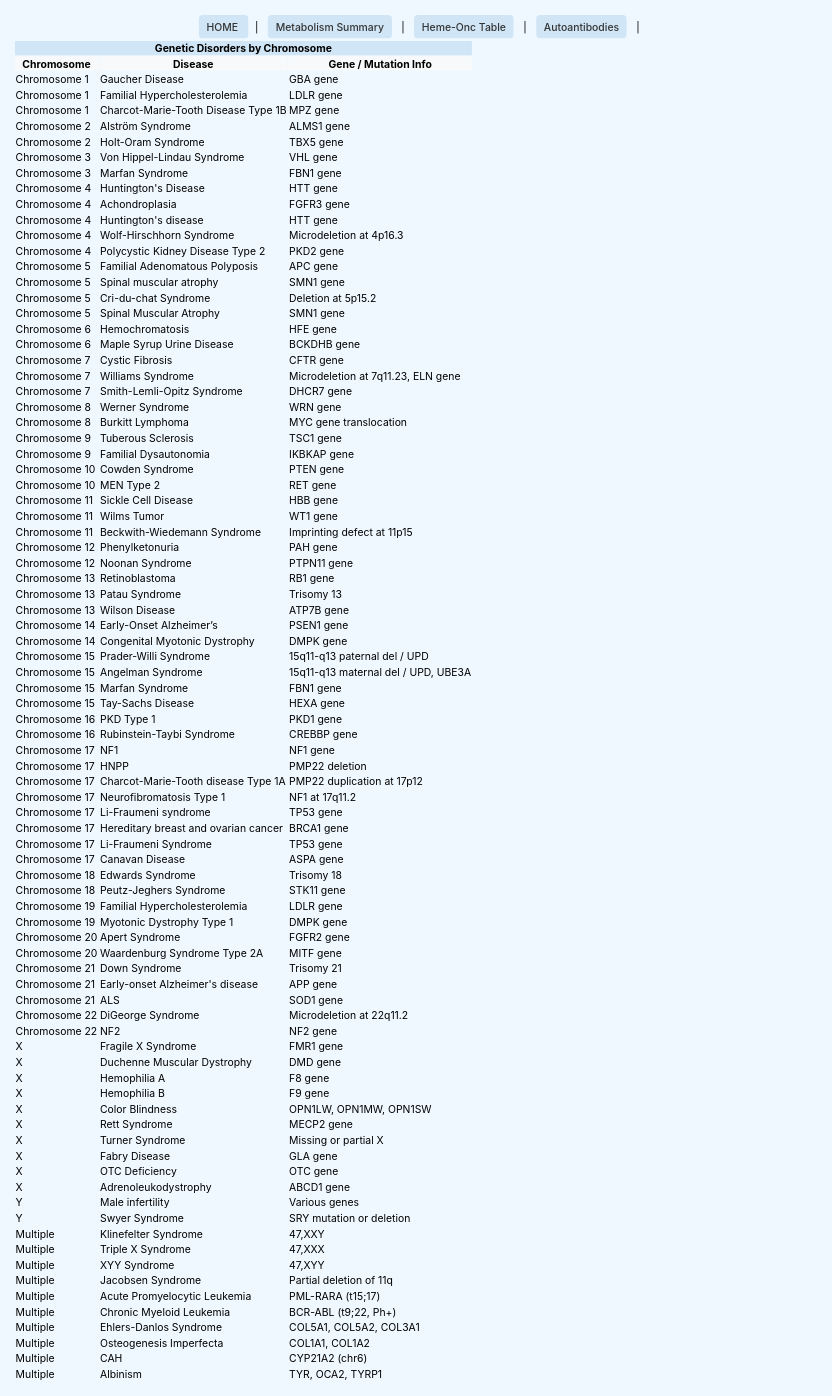
Repository: sharperdragon/STEVEL-1-Summaries
Page: subdex/chromosomes.html
The author's editor kept a copy of each file at every save. The page is drawn from the files as they stood at one save, then again after a run of saves.
The browser window is 1280 px wide. The pictures show the whole page, at 65% of full size.

Above is the page before, as saved 2025-05-19 13:51:56.

### subdex/chromosomes.html
<!DOCTYPE html>
<html lang="en">
<head>
    <meta charset="UTF-8">
    <meta name="viewport" content="width=device-width, initial-scale=1.0">
    <title>Summary tables</title>
    <link rel="stylesheet" href="/STEVEL-1-Summaries/static/style.css">
    <link rel="icon" href="/STEVEL-1-Summaries/subdex/metabolism.html">
</head>

<body>

<nav style="margin: 10px 0; text-align: center;">
  <a href="index.html" class="nav-link"> HOME </a>   |
  <a href="subdex/metabolism.html" class="nav-link">Metabolism Summary</a> |
  <a href="subdex/hemeonc.html" class="nav-link">Heme-Onc Table</a> |
  <a href="subdex/autoantibodies.html" class="nav-link">Autoantibodies</a> |
</nav>


<div class="table-container">
  <table class="chromosomes-table">
    <thead>
      <tr>
        <th colspan="3" style="text-align: center; background-color: #d0e5f5;">
          <strong>Genetic Disorders by Chromosome</strong>
        </th>
      </tr>
      <tr>
        <th style="background-color: #f7f9fa;">Chromosome</th>
        <th style="background-color: #f7f9fa;">Disease</th>
        <th style="background-color: #f7f9fa;">Gene / Mutation Info</th>
      </tr>
    </thead>
    <tbody>
      <tr><td>Chromosome 1</td><td>Gaucher Disease</td><td>GBA gene</td></tr>
      <tr><td>Chromosome 1</td><td>Familial Hypercholesterolemia</td><td>LDLR gene</td></tr>
    <tr style="border-bottom: 4px solid #6c8ca3;"><td>Chromosome 1</td><td>Charcot-Marie-Tooth Disease Type 1B</td><td>MPZ gene</td></tr>
      <tr><td>Chromosome 2</td><td>Alström Syndrome</td><td>ALMS1 gene</td></tr>
      <tr style="border-bottom: 4px solid #6c8ca3;"><td>Chromosome 2</td><td>Holt-Oram Syndrome</td><td>TBX5 gene</td></tr>
      <tr><td>Chromosome 3</td><td>Von Hippel-Lindau Syndrome</td><td>VHL gene</td></tr>
<tr style="border-bottom: 4px solid #6c8ca3;"><td>Chromosome 3</td><td>Marfan Syndrome</td><td>FBN1 gene</td></tr>
      <tr><td>Chromosome 4</td><td>Huntington's Disease</td><td>HTT gene</td></tr>
      <tr><td>Chromosome 4</td><td>Achondroplasia</td><td>FGFR3 gene</td></tr>
    <tr ><td>Chromosome 4</td><td>Huntington's disease</td><td>HTT gene</td></tr>
      <tr><td>Chromosome 4</td><td>Wolf-Hirschhorn Syndrome</td><td>Microdeletion at 4p16.3</td></tr>
<tr style="border-bottom: 4px solid #6c8ca3;"><td>Chromosome 4</td><td>Polycystic Kidney Disease Type 2</td><td>PKD2 gene</td></tr>
      <tr><td>Chromosome 5</td><td>Familial Adenomatous Polyposis</td><td>APC gene</td></tr>
      <tr><td>Chromosome 5</td><td>Spinal muscular atrophy</td><td>SMN1 gene</td></tr>
      <tr><td>Chromosome 5</td><td>Cri-du-chat Syndrome</td><td>Deletion at 5p15.2</td></tr>
<tr style="border-bottom: 4px solid #6c8ca3;"><td>Chromosome 5</td><td>Spinal Muscular Atrophy</td><td>SMN1 gene</td></tr>
      <tr><td>Chromosome 6</td><td>Hemochromatosis</td><td>HFE gene</td></tr>
<tr style="border-bottom: 4px solid #6c8ca3;"><td>Chromosome 6</td><td>Maple Syrup Urine Disease</td><td>BCKDHB gene</td></tr>
      <tr><td>Chromosome 7</td><td>Cystic Fibrosis</td><td>CFTR gene</td></tr>
      <tr><td>Chromosome 7</td><td>Williams Syndrome</td><td>Microdeletion at 7q11.23, ELN gene</td></tr>
<tr style="border-bottom: 4px solid #6c8ca3;"><td>Chromosome 7</td><td>Smith-Lemli-Opitz Syndrome</td><td>DHCR7 gene</td></tr>
      <tr><td>Chromosome 8</td><td>Werner Syndrome</td><td>WRN gene</td></tr>
<tr style="border-bottom: 4px solid #6c8ca3;"><td>Chromosome 8</td><td>Burkitt Lymphoma</td><td>MYC gene translocation</td></tr>
      <tr><td>Chromosome 9</td><td>Tuberous Sclerosis</td><td>TSC1 gene</td></tr>
<tr style="border-bottom: 4px solid #6c8ca3;"><td>Chromosome 9</td><td>Familial Dysautonomia</td><td>IKBKAP gene</td></tr>
      <tr><td>Chromosome 10</td><td>Cowden Syndrome</td><td>PTEN gene</td></tr>
<tr style="border-bottom: 4px solid #6c8ca3;"><td>Chromosome 10</td><td>MEN Type 2</td><td>RET gene</td></tr>
      <tr><td>Chromosome 11</td><td>Sickle Cell Disease</td><td>HBB gene</td></tr>
      <tr><td>Chromosome 11</td><td>Wilms Tumor</td><td>WT1 gene</td></tr>
<tr style="border-bottom: 4px solid #6c8ca3;"><td>Chromosome 11</td><td>Beckwith-Wiedemann Syndrome</td><td>Imprinting defect at 11p15</td></tr>
      <tr><td>Chromosome 12</td><td>Phenylketonuria</td><td>PAH gene</td></tr>
<tr style="border-bottom: 4px solid #6c8ca3;"><td>Chromosome 12</td><td>Noonan Syndrome</td><td>PTPN11 gene</td></tr>
      <tr><td>Chromosome 13</td><td>Retinoblastoma</td><td>RB1 gene</td></tr>
      <tr><td>Chromosome 13</td><td>Patau Syndrome</td><td>Trisomy 13</td></tr>
<tr style="border-bottom: 4px solid #6c8ca3;"><td>Chromosome 13</td><td>Wilson Disease</td><td>ATP7B gene</td></tr>
      <tr><td>Chromosome 14</td><td>Early-Onset Alzheimer’s</td><td>PSEN1 gene</td></tr>
      <tr><td>Chromosome 14</td><td>Congenital Myotonic Dystrophy</td><td>DMPK gene</td></tr>
<tr style="border-bottom: 4px solid #6c8ca3;"><td>Chromosome 15</td><td>Prader-Willi Syndrome</td><td>15q11-q13 paternal del / UPD</td></tr>
      <tr><td>Chromosome 15</td><td>Angelman Syndrome</td><td>15q11-q13 maternal del / UPD, UBE3A</td></tr>
      <tr><td>Chromosome 15</td><td>Marfan Syndrome</td><td>FBN1 gene</td></tr>
<tr style="border-bottom: 4px solid #6c8ca3;"><td>Chromosome 15</td><td>Tay-Sachs Disease</td><td>HEXA gene</td></tr>
      <tr><td>Chromosome 16</td><td>PKD Type 1</td><td>PKD1 gene</td></tr>
<tr style="border-bottom: 4px solid #6c8ca3;"><td>Chromosome 16</td><td>Rubinstein-Taybi Syndrome</td><td>CREBBP gene</td></tr>
      <tr><td>Chromosome 17</td><td>NF1</td><td>NF1 gene</td></tr>
      <tr><td>Chromosome 17</td><td>HNPP</td><td>PMP22 deletion</td></tr>
      <tr><td>Chromosome 17</td><td>Charcot-Marie-Tooth disease Type 1A</td><td>PMP22 duplication at 17p12</td></tr>
    <tr><td>Chromosome 17</td><td>Neurofibromatosis Type 1</td><td>NF1 at 17q11.2</td></tr>
    <tr><td>Chromosome 17</td><td>Li-Fraumeni syndrome</td><td>TP53 gene</td></tr>
    <tr><td>Chromosome 17</td><td>Hereditary breast and ovarian cancer</td><td>BRCA1 gene</td></tr>
      <tr><td>Chromosome 17</td><td>Li-Fraumeni Syndrome</td><td>TP53 gene</td></tr>
      <tr><td>Chromosome 17</td><td>Canavan Disease</td><td>ASPA gene</td></tr>
<tr style="border-bottom: 4px solid #6c8ca3;"><td>Chromosome 18</td><td>Edwards Syndrome</td><td>Trisomy 18</td></tr>
      <tr><td>Chromosome 18</td><td>Peutz-Jeghers Syndrome</td><td>STK11 gene</td></tr>
      <tr><td>Chromosome 19</td><td>Familial Hypercholesterolemia</td><td>LDLR gene</td></tr>
<tr style="border-bottom: 4px solid #6c8ca3;"><td>Chromosome 19</td><td>Myotonic Dystrophy Type 1</td><td>DMPK gene</td></tr>
      <tr><td>Chromosome 20</td><td>Apert Syndrome</td><td>FGFR2 gene</td></tr>
<tr style="border-bottom: 4px solid #6c8ca3;"><td>Chromosome 20</td><td>Waardenburg Syndrome Type 2A</td><td>MITF gene</td></tr>
      <tr><td>Chromosome 21</td><td>Down Syndrome</td><td>Trisomy 21</td></tr>
      <tr><td>Chromosome 21</td><td>Early-onset Alzheimer's disease</td><td>APP gene</td></tr>
<tr style="border-bottom: 4px solid #6c8ca3;"><td>Chromosome 21</td><td>ALS</td><td>SOD1 gene</td></tr>
      <tr><td>Chromosome 22</td><td>DiGeorge Syndrome</td><td>Microdeletion at 22q11.2</td></tr>
<tr style="border-bottom: 4px solid #6c9fa3;"><td>Chromosome 22</td><td>NF2</td><td>NF2 gene</td></tr>
      <tr><td>X</td><td>Fragile X Syndrome</td><td>FMR1 gene</td></tr>
      <tr><td>X</td><td>Duchenne Muscular Dystrophy</td><td>DMD gene</td></tr>
      <tr><td>X</td><td>Hemophilia A</td><td>F8 gene</td></tr>
      <tr><td>X</td><td>Hemophilia B</td><td>F9 gene</td></tr>
      <tr><td>X</td><td>Color Blindness</td><td>OPN1LW, OPN1MW, OPN1SW</td></tr>
      <tr><td>X</td><td>Rett Syndrome</td><td>MECP2 gene</td></tr>
      <tr><td>X</td><td>Turner Syndrome</td><td>Missing or partial X</td></tr>
      <tr><td>X</td><td>Fabry Disease</td><td>GLA gene</td></tr>
      <tr><td>X</td><td>OTC Deficiency</td><td>OTC gene</td></tr>
<tr style="border-bottom: 4px solid #6c8ca3;"><td>X</td><td>Adrenoleukodystrophy</td><td>ABCD1 gene</td></tr>
      <tr><td>Y</td><td>Male infertility</td><td>Various genes</td></tr>
<tr style="border-bottom: 4px solid #8cce6d;"><td>Y</td><td>Swyer Syndrome</td><td>SRY mutation or deletion</td></tr>
      <tr><td>Multiple</td><td>Klinefelter Syndrome</td><td>47,XXY</td></tr>
      <tr><td>Multiple</td><td>Triple X Syndrome</td><td>47,XXX</td></tr>
      <tr><td>Multiple</td><td>XYY Syndrome</td><td>47,XYY</td></tr>
      <tr><td>Multiple</td><td>Jacobsen Syndrome</td><td>Partial deletion of 11q</td></tr>
      <tr><td>Multiple</td><td>Acute Promyelocytic Leukemia</td><td>PML-RARA (t15;17)</td></tr>
      <tr><td>Multiple</td><td>Chronic Myeloid Leukemia</td><td>BCR-ABL (t9;22, Ph+)</td></tr>
      <tr><td>Multiple</td><td>Ehlers-Danlos Syndrome</td><td>COL5A1, COL5A2, COL3A1</td></tr>
      <tr><td>Multiple</td><td>Osteogenesis Imperfecta</td><td>COL1A1, COL1A2</td></tr>
      <tr><td>Multiple</td><td>CAH</td><td>CYP21A2 (chr6)</td></tr>
      <tr><td>Multiple</td><td>Albinism</td><td>TYR, OCA2, TYRP1</td></tr>
    </tbody>
  </table>
</div>



</body>

### static/style.css
:root {
  --header-bg: #d0e5f5;
  --subheader-bg: #f7f9fa;
  --border-color: #ccd9e0;
  --strong-divider: #6c8ca3;
  --row-alt-bg: #fbfcfd;
  --text-color: #2a2a2a;
  --font: "Helvetica Neue", Helvetica, Arial, sans-serif;
  --base-font-size: 15px;
  --header-font-size: 18px;
}
body {max-width: 100vw;}

.autoantibody-table {
  max-width: 94vw;
  border-collapse: collapse;
  font-family: var(--font);
  color: var(--text-color);
  font-size: var(--base-font-size);
  border: 1px solid var(--border-color);
  border-radius: 10px;
  overflow: hidden;
  margin: 1vh 3vw 1vh 3vw;
  box-shadow: 0 2px 4px rgba(0, 0, 0, 0.04);
}

.autoantibody-table th,
.autoantibody-table td {
  padding: 10px 14px;
  border: 1px solid var(--border-color);
  vertical-align: top;
  text-align: left;
}

/* Header styling */
.autoantibody-table thead th {
  background-color: var(--header-bg);
  font-size: var(--header-font-size);
  font-weight: 600;
  text-align: center;
}

/* Alternate row background */
.autoantibody-table tbody tr:nth-child(even) {
  background-color: var(--row-alt-bg);
}

/* Strong divider between antibody (col 2) and condition (col 3) */
.autoantibody-table td:nth-child(2) {
  border-right: 3px solid var(--strong-divider);
}

/* Condition columns emphasis */
.autoantibody-table td:nth-child(1),
.autoantibody-table td:nth-child(3) {
  font-weight: 500;
  width: 20%;
}

/* Antibody columns can expand more */
.autoantibody-table td:nth-child(2),
.autoantibody-table td:nth-child(4) {
  width: 30%;
}

/* Bullet list formatting */
.autoantibody-table ul {
  margin: 0;
  padding-left: 18px;
}

.autoantibody-table li {
  margin: 2px 0;
}

/* Responsive font scaling — enlarged */
@media (max-width: 1024px) {
  :root {
    --base-font-size: 15px;
    --header-font-size: 17px;
  }
}

@media (max-width: 768px) {
  :root {
    --base-font-size: 14px;
    --header-font-size: 16px;
  }
}

@media (max-width: 480px) {
  :root {
    --base-font-size: 13px;
    --header-font-size: 15px;
  }
}
body {
    font-family: "Rubik", -apple-system, system-ui, BlinkMacSystemFont, Segoe UI, Roboto, Helvetica, Arial, sans-serif;
    margin: 20px;
    padding: 1px;
    max-width: -webkit-fill-available;
    background-color: aliceblue;
}

.container {
    max-width: 98vw;
    margin: 3% auto;
    padding: 2%;
    background: #ffffff;
    border-radius: 8px;
    box-shadow: 0 4px 6px rgba(0, 0, 0, 0.1);
    display: flex;
    flex-direction: column; /* Stacks items vertically */
    align-items: unset; /* Centers items horizontally */
    gap: 3px; /* Adds consistent spacing */
}

h1 {
    text-align: center;
    color: #333333;
    padding: 1%;
}

label {
    font-weight: bold;
    margin: 0;
    display: block;
    padding: 1px;
}

textarea {
    width: 95%;
    margin-bottom: 10px;
    min-height:150px;
    padding: 10px;
    border: 1px solid #ddd;
    border-radius: 8px;
    padding: 1%;
    max-width: -webkit-fill-available;
}

/* Fix all divs to maintain consistent height */
div {
    position: relative; /* Prevents hover effects from changing layout */

}

/* Button Styles */
button {
    background-color: #007bff;
    display: inline-flex;
    gap: 10px;
    color: white;
    border: none;
    padding: 10px 15px;
    border-radius: 15px;
    cursor: pointer;
    font-size: 105%;
    box-shadow: 0 5px 10px rgba(0, 0, 0, 0.2);
    transition: transform 0.2s ease, box-shadow 0.2s ease;
    position: relative; /* Lock button in place */
    box-sizing: border-box; /* Ensure padding and border don't affect size */
    z-index: 1; /* Ensure hover effects stay above other elements */
    margin: 10px;
}

/* Hover effect without shifting elements */
button:hover {
    background-color: #0c66c6;
    color: offwhite;
    box-shadow: 0 8px 12px rgba(0, 0, 0, 0.3);
    transform: translateY(2px); /* Hover effect without affecting layout */
}

div#selection_buttons {
    display: flex;
    justify-content: space-between;
    align-items: center;
    width: 95%;
    margin: 0 0 1px 0;
    margin-top: 4px;
}

#mode_section {
    position: absolute;  /* Fixed positioning */
    top: 2px;
    right: 4px;
    width: 75px;         /* 🔒 Lock width */
    height: 20px;         /* 🔒 Lock height */
    background-color: #f9fbff;
    border: 2px solid #cee1fe;
    border-radius: 8px;
    padding: 4px 7px;
    font-size: 95%;
    opacity: 0.6;
    transition: background-color 0.3s ease, opacity 0.3s ease;
    display: flex;
    align-items: center;
    justify-content: center;
    z-index: 200;
}

#mode_section:hover {
    opacity: 1;
    background-color: #e8f0ff;
    border-top-left-radius:0px;
    border-bottom-left-radius:0px;
    border-left: none;
}

#mode_section span {
    font-weight: bold;
    pointer-events: none; /* So only the container triggers hover */
}
/* Hide the options by default */
.options_container {
    display: none;
    position: absolute;
    top: -2px;  /* below the #mode_section */
    right: 89px;
    /* background-color: white; */
    box-shadow: 0 6px 10px rgba(0, 0, 0, 0.1);
    padding: 0px;
    border-radius: 8px;
    z-index: 300;
    flex-direction: column;
    gap: 0;
    object-fit:contain;
    /* min-width: 120px; */
}

/* Reveal on hover without affecting layout */
#mode_section:hover .options_container {
    display: flex;
    border-top-right-radius:0px;
    border: 1px solid #d0e3ff;
    overflow:hidden;
}

.field_option {
    position: relative;
    overflow: hidden;
    cursor: pointer;
    font-size: 16px;
    transition: background-color 0.2s ease, transform 0.1s ease;
    background-color: #ffffff;
    padding: 10px 14px;
    border-radius: 0px;
    box-shadow: 0 -px 8px rgba(0, 0, 0, 0.1);
    margin: 0.2px 0;
    width: 60px;
    overflow:hidden;
}

.field_option:hover {
    background-color: #e0ecff;
    overflow:hidden;
}

.field_option:active {
    background-color: #d0dcf5;
    transform: scale(0.96);
    overflow:hidden;
}

.selected_field_option {
    background-color: #b9cdf9 !important;
    color: #003366;
    font-weight: bold;
}




/* Container for question list */
div#question_list {
    display: flex;
    flex-wrap: wrap; /* Allow wrapping of items to next row */
    gap: 10px; /* Space between items */
    overflow-x: auto; /* Enable horizontal scrolling */
    overflow-y: hidden; /* Disable vertical overflow */
    width: 95%;
    padding: 10px;
    box-sizing: border-box;
    border: 1px solid #b7d7fa;
    border-radius: 10px;
    min-height: 100px; /* Set a fixed height */
    max-height:60vh;
    overflow:auto;
}

/* Styling for each individual label (checkbox item) */
#question_list label {
    display: flex;
    align-items: center;
    justify-content: flex-start;
    box-sizing: border-box;
    padding: 1px 2px;
    background-color: #f9f9f9;
    border: 1px solid #ddd;
    border-radius: 5px;
    cursor: pointer;
    width: fit-content; /* 10 questions per row, adjust the width accordingly */
    min-width: 230px;
    word-wrap: normal; /* Break long words if necessary */
    max-height: 38px;
    padding: 8px 2px;
}
#question_list label span.id {
    padding-right:4px;
}

/* Ensures the checkboxes and text are aligned correctly */
#question_list input[type="checkbox"] {
    margin-right: 10px; /* Space between checkbox and text */
}

/* Styling for the question number */
.number {
    margin-right: 8px; /* Adjust the space between the number and ID */
}

.id {
    opacity: 0.7; /* Maintain the desired opacity for the question ID */
}

#copy_button {
    margin-left: auto;
}


/* Updated history section */
div#history_section {
    display: flex;
    gap: 10px;
    align-items: flex-start;
    margin-bottom: 10px;
}

div#history_section > div {
    flex: 1;
}

div#history_section > div > label {
    margin: 0;
}

div#history_section > div > select {
    width: 100%;
}

#history_select {
    padding: 8px;
    font-size: 100%;
    border-radius: 8px;
    border: 1px solid #ddd;
    background-color: #fff;
    box-shadow: 0 2px 4px rgba(0,0,0,0.05);
    transition: border-color 0.3s ease, box-shadow 0.3s ease;
}

#history_select:focus {
    border-color: #007bff;
    outline: none;
    box-shadow: 0 0 5px rgba(0,123,255,0.5);
}

.input-history-wrapper {
    display: flex;
    flex-direction: column;
    gap: 8px;
    margin-bottom: 12px;
}

.sticky-history {
    position: static;
    z-index: auto;
    background-color: white;
    padding-top: 4px;
    padding-bottom: 8px;
}

.history-feedback {
    position: relative;
    right: 0;
    top: -10px;
    font-size: 14px;
    color: green;
    animation: floatUpFade 0.7s ease forwards;
    pointer-events: none;
    user-select: none;
    z-index: 1000;
    white-space: nowrap;
}

/* Subtle button press animation */
button:active {
    transform: translateY(1px);
    box-shadow: 0 3px 6px rgba(0, 0, 0, 0.2);
}

/* Make Clear History button a bit smaller and softer */
#clear_history_button {
    background: linear-gradient(to bottom, #ffffff, #f0f0f5);
    color: #007aff;
    border: 1px solid #d1d1d6;
    border-radius: 12px;
    font-weight: 500;
    font-size: 90%;
    padding: 6px 10px;
    cursor: pointer;
    transition: background 0.3s ease, transform 0.2s ease;
    margin-left: 5px;
    margin-top: 5px;
}

#clear_history_button:hover {
    background: #e5e5ea;
}

.ripple {
    position: relative;
    width: 10px;
    height: 10px;
    background: rgba(0, 123, 255, 0.4);
    opacity: 1;
    border-radius: 50%;
    transform: scale(0);
    animation: ripple-animation 0.6s linear;
    pointer-events: none;
    z-index: 0;
}

@keyframes ripple-animation {
    to {
        transform: scale(15);
        opacity: 0;
    }
}

.nav-link {
  margin: 0 10px;
  padding: 8px 12px;
  background-color: #d0e5f5;
  text-decoration: none;
  color: #333;
  border-radius: 6px;
  font-weight: 500;
}
.nav-link:hover {
  background-color: #add8e6;
}
.hidden-answer {
  background-color: #f4f4f4;
  color: transparent;
  cursor: pointer;
  user-select: none;
}
.hidden-answer:hover {
  background-color: #e0e0e0;
  color: #ccc;
}

After the next 2 saves:
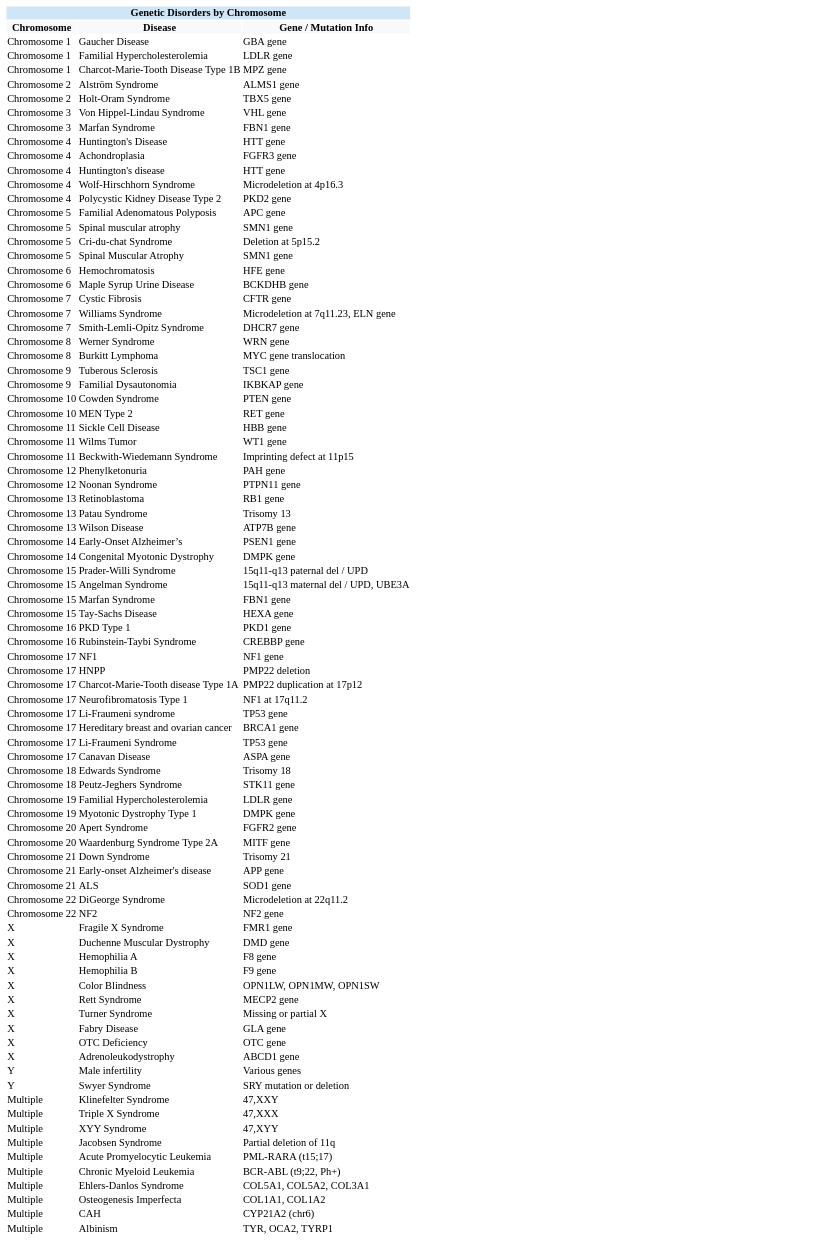
The 2 saves are shown as one change because they came seconds apart.
The last was saved 52 s later.
--- a/subdex/chromosomes.html
+++ b/subdex/chromosomes.html
@@ -1,23 +1,3 @@
-<!DOCTYPE html>
-<html lang="en">
-<head>
-    <meta charset="UTF-8">
-    <meta name="viewport" content="width=device-width, initial-scale=1.0">
-    <title>Summary tables</title>
-    <link rel="stylesheet" href="/STEVEL-1-Summaries/static/style.css">
-    <link rel="icon" href="/STEVEL-1-Summaries/subdex/metabolism.html">
-</head>
-
-<body>
-
-<nav style="margin: 10px 0; text-align: center;">
-  <a href="index.html" class="nav-link"> HOME </a>   |
-  <a href="subdex/metabolism.html" class="nav-link">Metabolism Summary</a> |
-  <a href="subdex/hemeonc.html" class="nav-link">Heme-Onc Table</a> |
-  <a href="subdex/autoantibodies.html" class="nav-link">Autoantibodies</a> |
-</nav>
-
-
 <div class="table-container">
   <table class="chromosomes-table">
     <thead>
